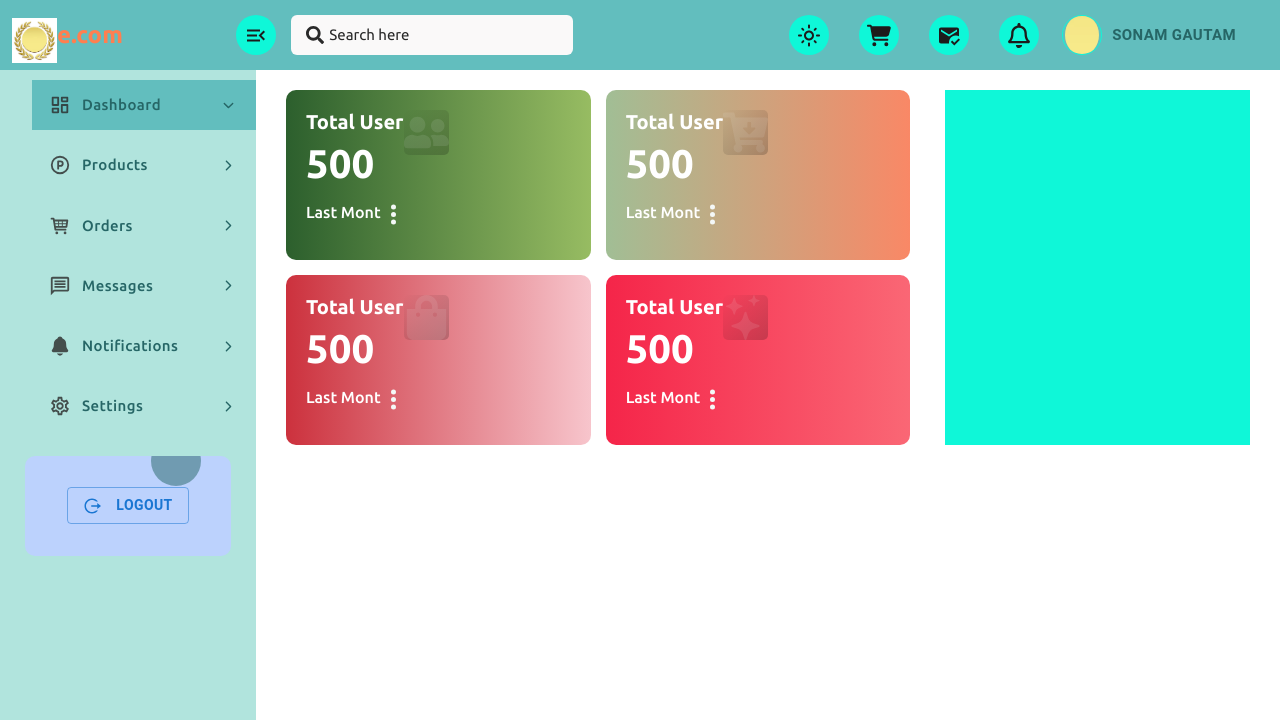
Repository: gautamsonam011/admin-react-dashboard
Page: /
These files come from the project's save history. The page is drawn as it stood at one moment and after the next save; the edit follows.
The browser window is 1280 px wide. The pictures show the whole page.
The project was rebuilt for these pictures with package versions that can differ from the ones it lists, and the page was loaded fresh each time.

Above is the page before, as saved 2025-04-16 13:53:26.

After the next save:
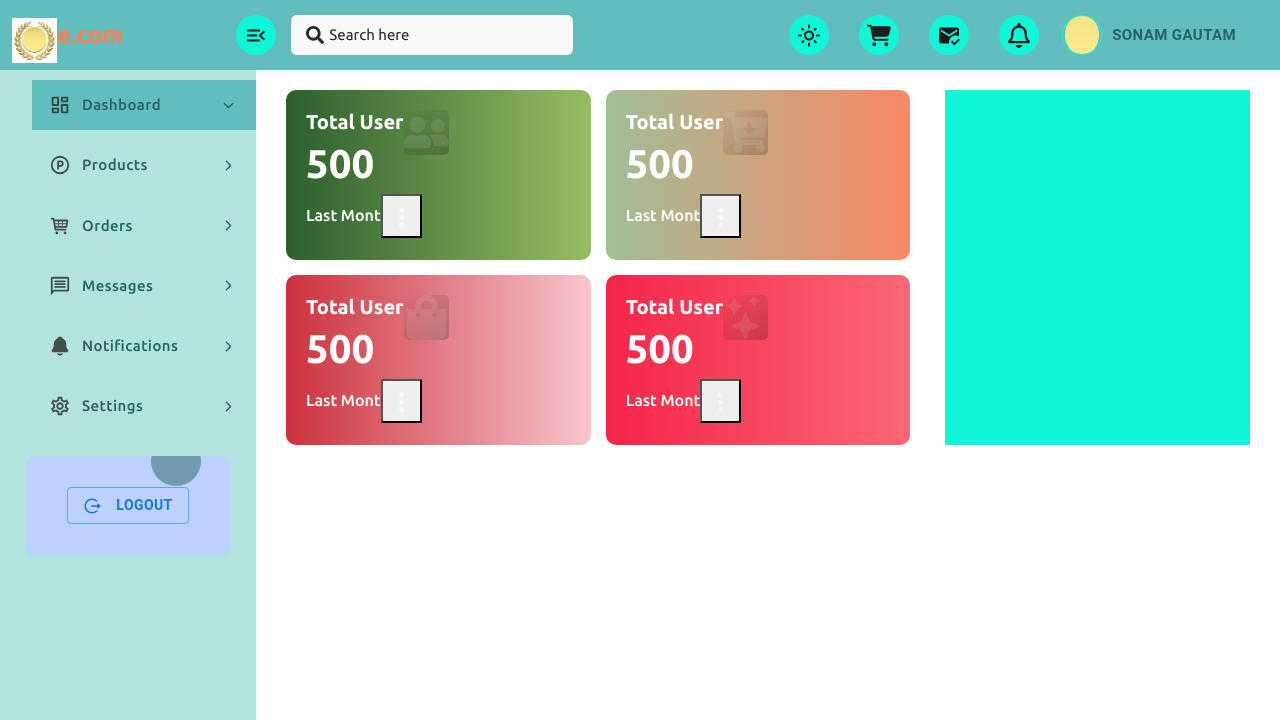
Saved 14 s later.
--- a/src/components/DashboardBox.jsx
+++ b/src/components/DashboardBox.jsx
@@ -28,7 +28,7 @@ const DashboardBox = (props) => {
             </div>
             <div className="d-flex align-items-center">
                 <h6 className="text-white mb-0 mt-0">Last Mont</h6>
-                <span className="ml-auto toggleIcon"><HiDotsVertical/></span>
+                <button className="ml-auto toggleIcon"><HiDotsVertical/></button>
             </div>
         </div>
 
